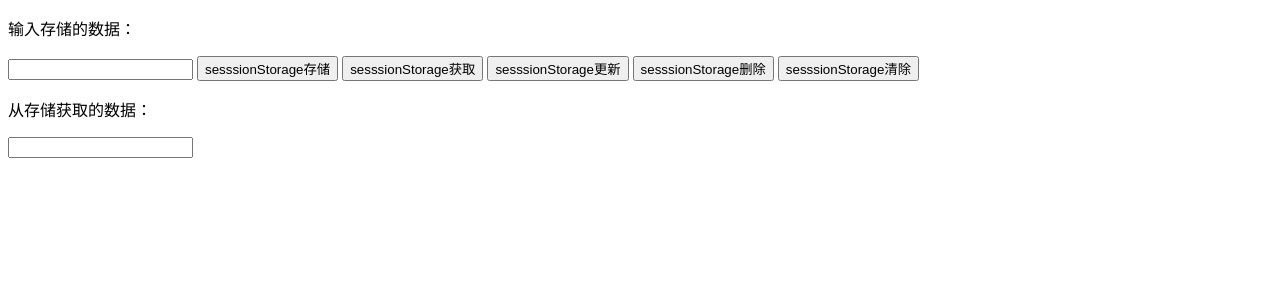
Repository: vidiewei/Learn-Practice
Page: 前端代码实践/web存储.html
These files come from the project's save history. The page is drawn as it stood at one moment and after the next save; the edit follows.
The browser window is 1280 px wide. The pictures show the whole page.

Above is the page before, as saved 2021-12-13 16:31:37.

After the next save:
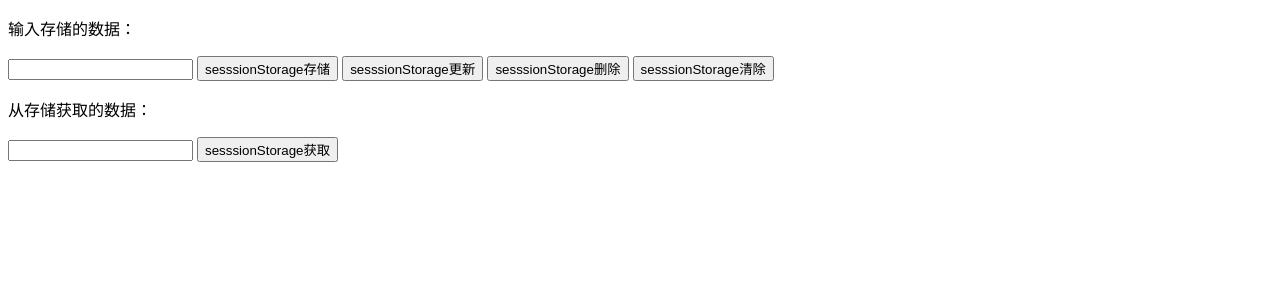
Saved 5 min 36 s later.
--- a/前端代码实践/web存储.html
+++ b/前端代码实践/web存储.html
@@ -8,12 +8,12 @@
     <p>输入存储的数据：</p>
     <input type="text" id="input" />
     <button>sesssionStorage存储</button>
-    <button>sesssionStorage获取</button>
     <button>sesssionStorage更新</button>
     <button>sesssionStorage删除</button>
     <button>sesssionStorage清除</button>
     <p>从存储获取的数据：</p>
     <input type="text" id="output" />
+    <button>sesssionStorage获取</button>
     <script>
       // 在h5中提供两种web存储方式:
       // 1) sessionStorage  session（会话，会议） 5M  当窗口关闭是数据销毁  内存
